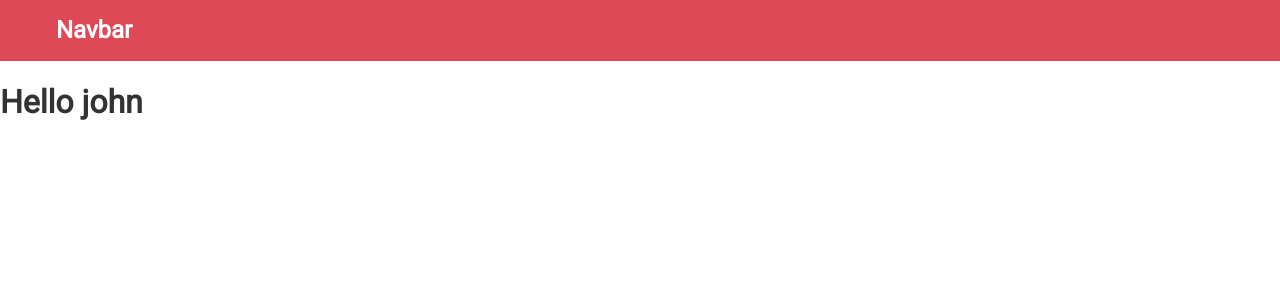
Repository: guicattani/fluffy-tribble-finder
Page: /
The author's editor kept a copy of each file at every save. The page is drawn from the files as they stood at one save, then again after the next save.
The browser window is 1280 px wide. The pictures show the whole page.
Some icons come from a web library that is not loaded, so they are not drawn. Some web libraries are served in a nearby version. The project was rebuilt for these pictures with package versions that can differ from the ones it lists, and the page was loaded fresh each time.

Above is the page before, as saved 2020-02-26 15:47:35.

After the next save:
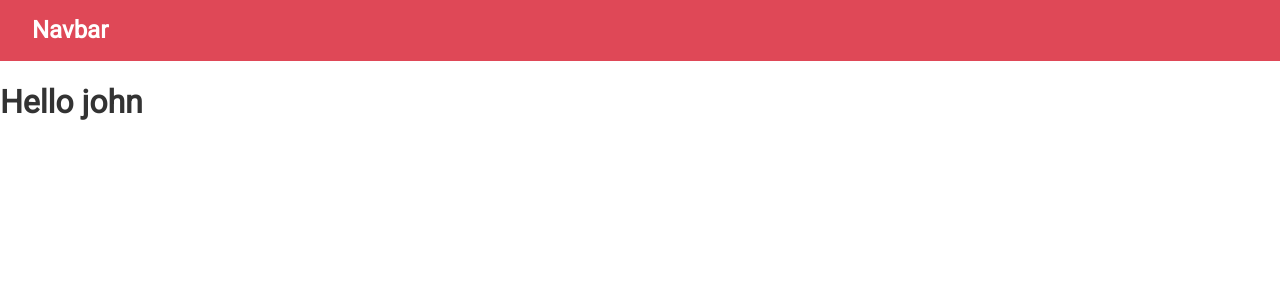
Saved 7 min 28 s later.
--- a/public/index.html
+++ b/public/index.html
@@ -12,7 +12,7 @@
     />
     <link rel="apple-touch-icon" href="%PUBLIC_URL%/logo192.png" />
     <link rel="manifest" href="%PUBLIC_URL%/manifest.json" />
-    <link rel="stylesheet" href="https://stackpath.bootstrapcdn.com/font-awesome/4.7.0/css/font-awesome.min.css"/>
+    <script src="https://kit.fontawesome.com/d6ea3ddd58.js" crossorigin="anonymous"></script>
     <title>GitHub Finder</title>
   </head>
   <body>
